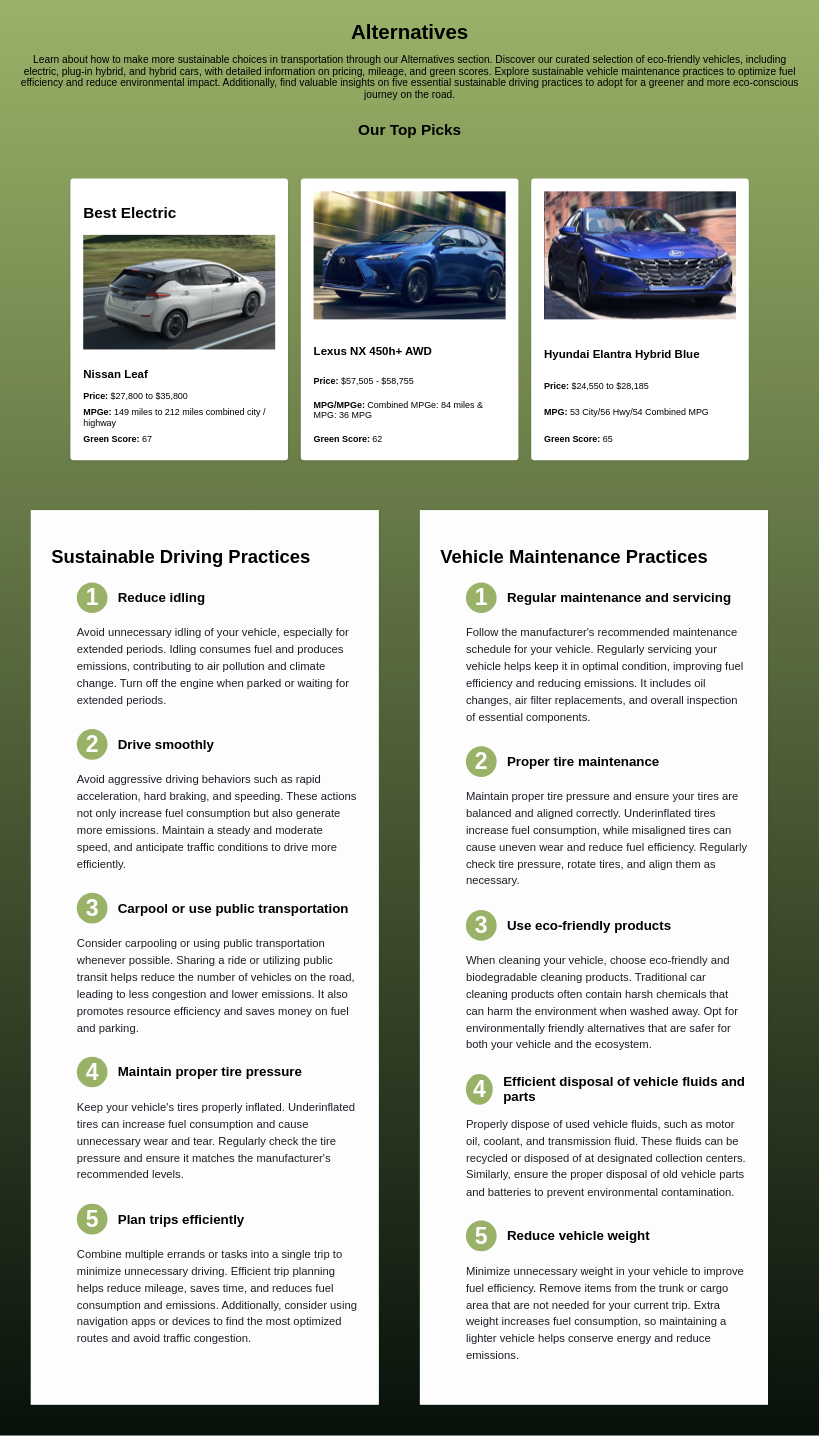
Repository: ericvpineda/eco_car_recognition
Page: http://localhost/alternatives/
An editor plug-in stored every save of this project. The page is shown before and after the next save, followed by the edit.
The browser window is 1280 px wide. The pictures show the whole page, at 64% of full size.
The page is served by the project's application, run on Django 4.2 (manage.py). Other server files are loaded and not shown.

Above is the page before, as saved 2023-04-29 16:16:33.

### project/templates/alternatives.html
<!DOCTYPE html>
<html lang="en">
<head>
  <meta charset="UTF-8">
  <meta name="viewport" content="width=device-width, initial-scale=1.0">
  <title>Alternatives Page</title>
  <link rel="stylesheet" href="../static/css/alternatives.css">
</head>
<body>
  <div class="header">
    <h1>Alternatives</h1>
  <p>Learn about how to make more sustainable choices in transportation through our Alternatives section. Discover our curated selection of eco-friendly vehicles, including electric, plug-in hybrid, and hybrid cars, with detailed information on pricing, mileage, and green scores. Explore sustainable vehicle maintenance practices to optimize fuel efficiency and reduce environmental impact. Additionally, find valuable insights on five essential sustainable driving practices to adopt for a greener and more eco-conscious journey on the road.</p>
    <h2>Our Top Picks</h2>
  </div>
    <div class="featured-cars">
      <div class="car-tile">
        <h2>Best Electric</h2>
        <img src="NissanLeaf.png" alt="Nissan Leaf">
        <h3>Nissan Leaf</h3>
        <p><b>Price:</b> $27,800 to $35,800</p>
        <p><b>MPGe:</b> 149 miles to 212 miles combined city / highway</p>
        <p><b>Green Score:</b> 67</p>
      </div>
      <div class="car-tile">
        <img src="Lexus.png" alt="LEXUS NX 450h+ AWD">
        <h3>Lexus NX 450h+ AWD</h3>
        <p><b>Price:</b> $57,505 - $58,755</p>
        <p><b>MPG/MPGe:</b> Combined MPGe: 84 miles & MPG: 36 MPG</p>
        <p><b>Green Score:</b> 62</p>
      </div>
      <div class="car-tile">
        <img src="HyndaiElantra.png" alt="Hyundai Elantra Hybrid Blue">
        <h3>Hyundai Elantra Hybrid Blue</h3>
        <p><b>Price:</b> $24,550 to $28,185</p>
        <p><b>MPG:</b> 53 City/56 Hwy/54 Combined MPG</p>
        <p><b>Green Score:</b> 65</p>
      </div>
    </div>

  <div class="container">
    <div class="driving-practices">
      <h2>Sustainable Driving Practices</h2>
      <ul>
        <li>
          <h3>Reduce idling</h3>
          <p>Avoid unnecessary idling of your vehicle, especially for extended periods. Idling consumes fuel and produces emissions, contributing to air pollution and climate change. Turn off the engine when parked or waiting for extended periods.</p>
        </li>
        <li>
          <h3>Drive smoothly</h3>
          <p>Avoid aggressive driving behaviors such as rapid acceleration, hard braking, and speeding. These actions not only increase fuel consumption but also generate more emissions. Maintain a steady and moderate speed, and anticipate traffic conditions to drive more efficiently.</p>
        </li>
        <li>
          <h3>Carpool or use public transportation</h3>
          <p>Consider carpooling or using public transportation whenever possible. Sharing a ride or utilizing public transit helps reduce the number of vehicles on the road, leading to less congestion and lower emissions. It also promotes resource efficiency and saves money on fuel and parking.</p>
        </li>
        <li>
          <h3>Maintain proper tire pressure</h3>
          <p>Keep your vehicle's tires properly inflated. Underinflated tires can increase fuel consumption and cause unnecessary wear and tear. Regularly check the tire pressure and ensure it matches the manufacturer's recommended levels.</p>
        </li>
        <li>
          <h3>Plan trips efficiently</h3>
          <p>Combine multiple errands or tasks into a single trip to minimize unnecessary driving. Efficient trip planning helps reduce mileage, saves time, and reduces fuel consumption and emissions. Additionally, consider using navigation apps or devices to find the most optimized routes and avoid traffic congestion.</p>
        </li>
      </ul>
    </div>
    <div class="maintenance-practices">
      <h2>Vehicle Maintenance Practices</h2>
      <ul>
        <li>
          <h3>Regular maintenance and servicing</h3>
          <p>Follow the manufacturer's recommended maintenance schedule for your vehicle. Regularly servicing your vehicle helps keep it in optimal condition, improving fuel efficiency and reducing emissions. It includes oil changes, air filter replacements, and overall inspection of essential components.</p>
        </li>
        <li>
          <h3>Proper tire maintenance</h3>
          <p>Maintain proper tire pressure and ensure your tires are balanced and aligned correctly. Underinflated tires increase fuel consumption, while misaligned tires can cause uneven wear and reduce fuel efficiency. Regularly check tire pressure, rotate tires, and align them as necessary.</p>
        </li>
        <li>
          <h3>Use eco-friendly products</h3>
          <p>When cleaning your vehicle, choose eco-friendly and biodegradable cleaning products. Traditional car cleaning products often contain harsh chemicals that can harm the environment when washed away. Opt for environmentally friendly alternatives that are safer for both your vehicle and the ecosystem.</p>
        </li>
        <li>
          <h3>Efficient disposal of vehicle fluids and parts</h3>
          <p>Properly dispose of used vehicle fluids, such as motor oil, coolant, and transmission fluid. These fluids can be recycled or disposed of at designated collection centers. Similarly, ensure the proper disposal of old vehicle parts and batteries to prevent environmental contamination.</p>
        </li>
        <li>
          <h3>Reduce vehicle weight</h3>
          <p>Minimize unnecessary weight in your vehicle to improve fuel efficiency. Remove items from the trunk or cargo area that are not needed for your current trip. Extra weight increases fuel consumption, so maintaining a lighter vehicle helps conserve energy and reduce emissions.</p>
        </li>
      </ul>
      </div>

</body>
</html>

### project/views.py
from django.shortcuts import render
from django.http import HttpResponse

# Create your views here.

# Page for starting point for website
def home(request):

    # TODO: Remove and render home page
    return render(request, 'home.html')

# Page for starting point for website
def alternatives(request):

    # TODO: Remove and render home page
    return render(request, 'alternatives.html')

# Page that contains car recognition application
def index(request):

    # TODO: Remove and render index page
    return HttpResponse("Index page")

# Page that shows results of car recognition and clean car information
def show(request, id):

    # TODO: Remove and render show page
    return HttpResponse("Show page")

### configuration/urls.py
"""
URL configuration for configuration project.

The `urlpatterns` list routes URLs to views. For more information please see:
    https://docs.djangoproject.com/en/4.2/topics/http/urls/
Examples:
Function views
    1. Add an import:  from my_app import views
    2. Add a URL to urlpatterns:  path('', views.home, name='home')
Class-based views
    1. Add an import:  from other_app.views import Home
    2. Add a URL to urlpatterns:  path('', Home.as_view(), name='home')
Including another URLconf
    1. Import the include() function: from django.urls import include, path
    2. Add a URL to urlpatterns:  path('blog/', include('blog.urls'))
"""
# from django.contrib import admin
from django.urls import path, include
from django.contrib import admin
from django.conf.urls.static import static
from django.conf import settings

urlpatterns = [
    path('admin/', admin.site.urls),
    path('', include('project.urls')),
]

# Serve static files
urlpatterns += static(settings.MEDIA_URL, document_root=settings.MEDIA_ROOT)

### project/urls.py
from django.urls import path
from . import views
# URL Configuration
urlpatterns = [
    path('', views.home, name="home"),
    path('index/', views.index, name="index"),
    path('show/<int:id>', views.show, name="show"),
    path('alternatives/', views.alternatives, name="alternatives")
]

### project/static/css/alternatives.css
body {
    margin: 0;
    padding: 0;
    font-family: Arial, sans-serif;
    background: linear-gradient(180deg, #9AB268 0%, #07110A 100%);
  }

  .header {
    text-align: center;
    margin: 2rem;
  }

  .header h1 {
    margin-bottom: 1rem;
  }

  .header p {
    margin-bottom: 2rem;
  }

  .header p {
    margin-bottom: none !important;
  }


  .featured-cars {
    display: flex;
    flex-wrap: wrap;
    justify-content: center;
    align-items: center;
    padding: 20px;
  }

  .car-tile {
    width: 300px;
    height: 400px;
    margin: 10px;
    padding: 20px;
    background-color: white;
    border-radius: 5px;
    box-shadow: 0 2px 4px rgba(0, 0, 0, 0.1);
    display: flex;
    flex-direction: column;
    justify-content: space-between;
  }

  .car-tile img {
    width: 100%;
    height: 200px;
    object-fit: cover;
    margin-bottom: 10px;
  }

  .car-tile h3 {
    font-size: 18px;
    margin-bottom: 10px;
  }

  .car-tile p {
    font-size: 14px;
    margin: 5px 0;
  }

  :root {
    --bg: #fdfdfd;
    --highlight1: #9AB268;
    --highlight2: #FFEDBC;
    --color: #1a1e24;
    --font-number: Montserrat, Roboto, Helvetica, Arial, sans-serif;
    --font-head: "Space Mono", Consolas, Menlo, Monaco, "Courier New", monospace;
    --font: -apple-system, BlinkMacSystemFont, "Segoe UI", Roboto, Helvetica, Arial, sans-serif, "Apple Color Emoji", "Segoe UI Emoji", "Segoe UI Symbol";
  }

  .container {
    display: flex;
    justify-content: center;
    align-items: stretch; /* Adjusted to make columns the same height */
    gap: 2rem;
    margin: 2rem;
  }

  .driving-practices,
  .maintenance-practices {
    flex: 1; /* Adjusted to allow columns to grow equally */
    background-color: var(--bg);
    padding: 2rem;
    box-shadow: 0 2px 4px rgba(0, 0, 0, 0.1);
    margin: 1rem;
  }

  .container h2 {
    font-size: 1.8rem;
    margin-bottom: 1.5rem;
  }

  .container h3 {
    display: flex;
    align-items: center;
    font-size: 1.3rem;
    margin-bottom: 0.5rem;
  }

  .container h3::before {
    content: counter(list);
    font-weight: bold;
    font-size: 2.25rem;
    line-height: 1;
    width: 3rem;
    height: 3rem;
    background: var(--highlight1);
    color: var(--bg);
    border-radius: 50%;
    display: flex;
    align-items: center;
    justify-content: center;
    margin-right: 1rem;
  }

  .container p {
    font-size: 1.1rem;
    line-height: 1.5;
    color: var(--color);
  }

  .container ol {
    padding-left: 1.5rem;
  }

  .container li {
    counter-increment: list;
    margin-bottom: 2rem;
    list-style-type: none
  }

  .container:after {
    content: "";
    display: table;
    clear: both;
  }

  /* Optional: Responsive styling for smaller screens */
  @media (max-width: 768px) {
    .container {
      flex-wrap: wrap;
    }

    .driving-practices,
    .maintenance-practices {
      width: 100%;
      margin-bottom: 2rem;
    }
  }

After the next save:
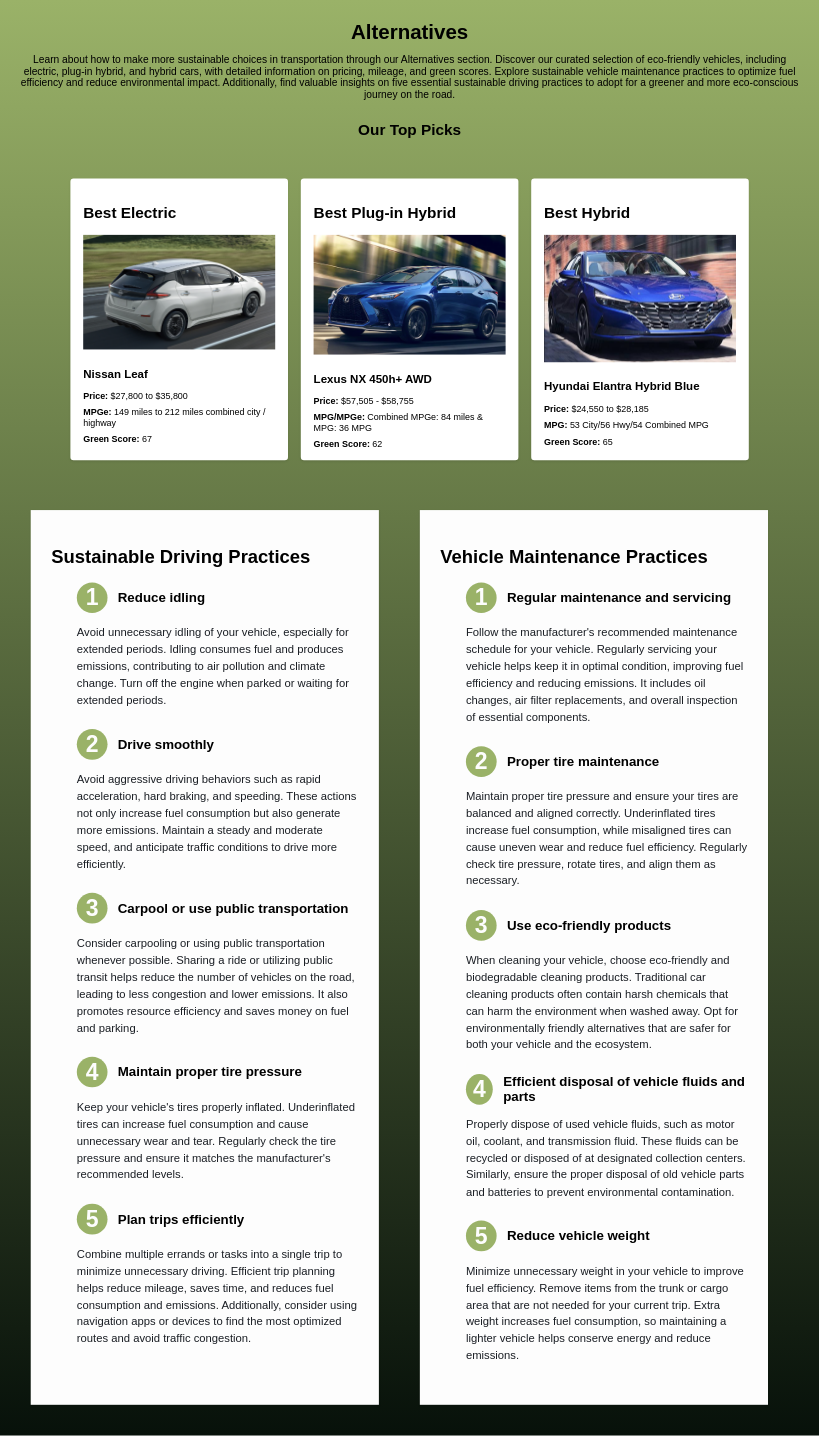
Saved 43 s later.
--- a/project/templates/alternatives.html
+++ b/project/templates/alternatives.html
@@ -22,6 +22,7 @@
         <p><b>Green Score:</b> 67</p>
       </div>
       <div class="car-tile">
+        <h2>Best Plug-in Hybrid</h2>
         <img src="Lexus.png" alt="LEXUS NX 450h+ AWD">
         <h3>Lexus NX 450h+ AWD</h3>
         <p><b>Price:</b> $57,505 - $58,755</p>
@@ -29,6 +30,7 @@
         <p><b>Green Score:</b> 62</p>
       </div>
       <div class="car-tile">
+        <h2>Best Hybrid</h2>
         <img src="HyndaiElantra.png" alt="Hyundai Elantra Hybrid Blue">
         <h3>Hyundai Elantra Hybrid Blue</h3>
         <p><b>Price:</b> $24,550 to $28,185</p>
